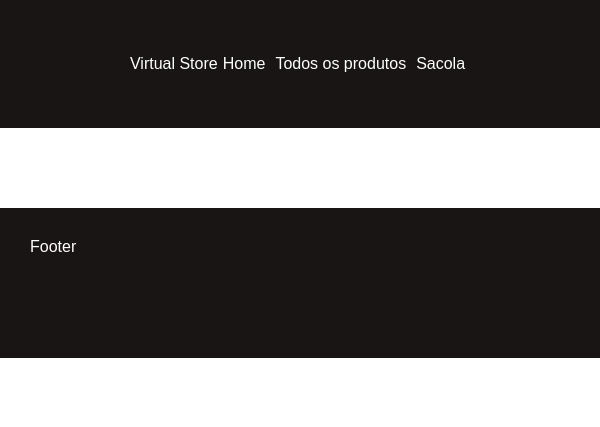
Repository: meiotera/virtuL-store
Page: /lista-de-produtos
An editor plug-in stored every save of this project. The page is shown before and after the next save, followed by the edit.
The browser window is 600 px wide. The pictures show the whole page.
The page's requests for data from a server got no answer. The project was rebuilt for these pictures with package versions that can differ from the ones it lists, and the page was loaded fresh each time. No one was signed in, and anything a server would have sent is missing. Also part of the build but not shown: vite.config.js, src/pages/Home.jsx, src/styles/ProductCard.module.css, src/styles/Button.module.css, src/components/Button.jsx, src/components/ProductCard.jsx, src/styles/ProductDetail.module.css, src/pages/ProductDetail.jsx and 2 more.

Above is the page before, as saved 2025-04-12 11:36:08.

After the next save:
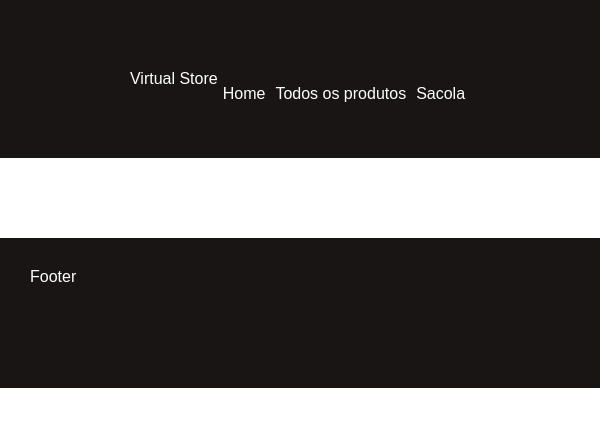
Saved 23 s later.
--- a/src/styles/Header.module.css
+++ b/src/styles/Header.module.css
@@ -43,6 +43,10 @@
   .containerHeader {
     justify-content: center;
   }
+
+  .navContainer nav {
+    margin-top: 30px;
+  }
 }
 
 .highlight {
